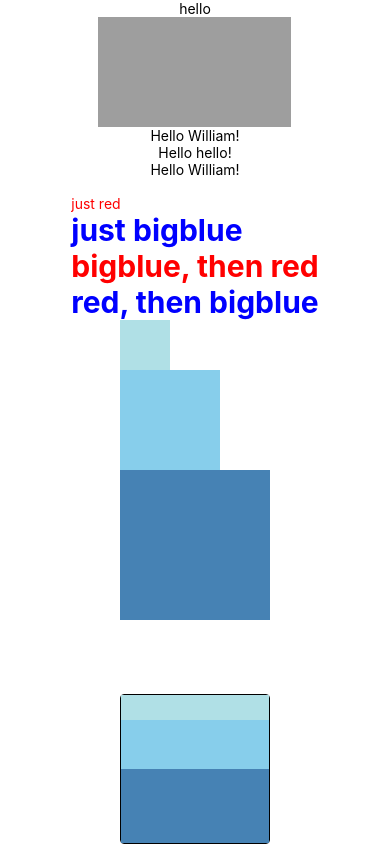
Repository: wcc17/project-adara
Screen: / (app in ProjectAdara/)
An editor plug-in stored every save of this project. The screen is shown before and after a run of saves, followed by the edit.
Pictures or frames that could not be fetched are drawn as grey boxes. The app was drawn by React Native's web renderer in a window 390 px wide. The project was rebuilt for these pictures with package versions that can differ from the ones it lists, and the page was loaded fresh each time.

Above is the screen before, as saved 2018-05-27 14:19:21.

### ProjectAdara/App.js
import React, { Component } from 'react';
import { StyleSheet, Text, ScrollView, View, Image, SafeAreaView } from 'react-native';
import FlexDimensionsBasicsComponent from './src/components/FlexDimensionsBasicsComponent'

export default class App extends React.Component {
    render() {
        return (
            <SafeAreaView style={{flex: 1, backgroundColor: '#ffff'}}>
                <ScrollView contentContainerStyle={styles.container}>
                    <BasicStuffComponent/>
                    <FlexDimensionsBasicsComponent style={flexDimensionStyleSheet.flexDimensionComponentStyle}/>
                </ScrollView>
            </SafeAreaView>
        );
    }
}

class BasicStuffComponent extends Component {
    render() {
        let image = {
            uri: 'https://upload.wikimedia.org/wikipedia/commons/d/de/Bananavarieties.jpg'
        };

        return (
            <View style={styles.container}>
                <Text>hello</Text>
                <Image source={image} style={{ width: 193, height: 110 }} />
                <DumbGreetingComponent name='William' />
                <DumbGreetingComponent name='hello' />
                <DumbGreetingComponent name='William' />
                <Blink text="this is blinking text" />
                <StyledComponent/>
                <FixedDimensionsComponent/>
            </View>
        )
    }
}

class DumbGreetingComponent extends Component {
    render() {
        return (
            <Text>Hello {this.props.name}!</Text>
        );
    }
}

class Blink extends Component {
    constructor(props) {
        super(props);
        this.state = { isShowingText: true };

        // Toggle the state every second
        setInterval(() => {
            this.setState(previousState => {
                return { isShowingText: !previousState.isShowingText };
            });
        }, 1000);
    }

    render() {
        let display = this.state.isShowingText ? this.props.text : ' ';
        return (
            <Text>{display}</Text>
        );
    }
}

class StyledComponent extends Component {
    render() {
        return (
        <View>
            <Text style={styles.red}>just red</Text>
            <Text style={styles.bigblue}>just bigblue</Text>
            <Text style={[styles.bigblue, styles.red]}>bigblue, then red</Text>
            <Text style={[styles.red, styles.bigblue]}>red, then bigblue</Text>
        </View>
        );
    }
}

class FixedDimensionsComponent extends Component {
    render() {
        return (
            <View>
                <View style={{width: 50, height: 50, backgroundColor: 'powderblue'}}/>
                <View style={{width: 100, height: 100, backgroundColor: 'skyblue'}}/>
                <View style={fixedDimensionStyleSheet.steelBlueView}/>
            </View>
        )
    }
}



const styles = StyleSheet.create({
    container: {
        flex: 1,
        backgroundColor: '#fff',
        alignItems: 'center',
        // justifyContent: 'center',
    },
    bigblue: {
        color: 'blue',
        fontWeight: 'bold',
        fontSize: 30,
    },
    red: {
        color: 'red',
    },
});

const fixedDimensionStyleSheet = StyleSheet.create({
    steelBlueView: {
        width: 150,
        height: 150,
        backgroundColor: 'steelblue'
    },
});

const flexDimensionStyleSheet = StyleSheet.create({
    flexDimensionComponentStyle: {
        width: 150,
        height: 150,

        borderRadius: 4,
        borderWidth: 1.5,
        borderColor: 'black',

        //column is default it looks like
        // flexDirection: 'row',
        // justifyContent: 'space-between',
    },
});

### ProjectAdara/src/components/FlexDimensionsBasicsComponent.js
import React, { Component } from 'react';
import { View } from 'react-native';

export default class FlexDimensionsBasicsComponent extends Component {
    render() {
        return (
            //a height and width should be passed in with style prop
            // <View style={{flex: 1}}>
            <View style={this.props.style}>
                <View style={{flex: 1, backgroundColor: 'powderblue'}} />
                <View style={{flex: 2, backgroundColor: 'skyblue'}} />
                <View style={{flex: 3, backgroundColor: 'steelblue'}} />
            </View>
        );
    }
}

### ProjectAdara/src/components/AlignItemsComponent.js
import React, { Component } from 'react';
import { View } from 'react-native';

export default class AlignItemsBasics extends Component {
    render() {
        return (
            //try alignItems: 'flex-start'
            ///justifyContent: 'flex-end'
            //flexDirection: row
            <View style={{
                flex: 1,
                flexDirection: 'column',
                justifyContent: 'center',
                alignItems: 'center',
            }}>
                <View style={{width: 50, height: 50, backgroundColor: 'powderblue'}} />
                <View style={{width: 50, height: 50, backgroundColor: 'skyblue'}} />
                <View style={{width: 50, height: 50, backgroundColor: 'steelblue'}} />
            </View>
        );
    }
}

After the next 2 saves:
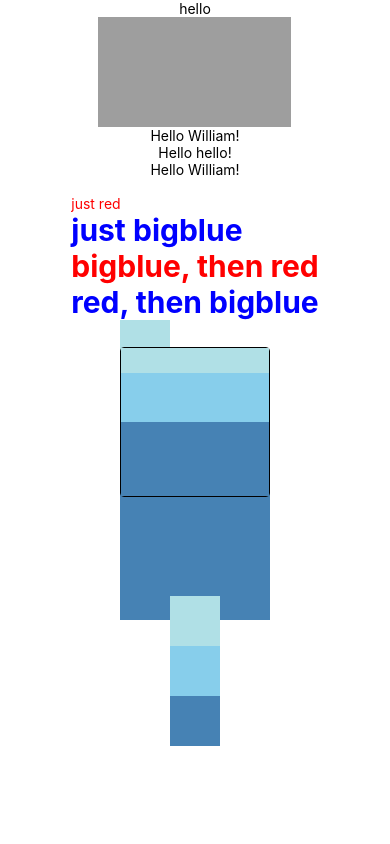
The 2 saves are shown as one change because 1 did not build or start.
The last was saved 5 min 9 s later.
--- a/ProjectAdara/App.js
+++ b/ProjectAdara/App.js
@@ -1,6 +1,7 @@
 import React, { Component } from 'react';
 import { StyleSheet, Text, ScrollView, View, Image, SafeAreaView } from 'react-native';
 import FlexDimensionsBasicsComponent from './src/components/FlexDimensionsBasicsComponent'
+import AlignItemsComponent from './src/components/AlignItemsComponent'
 
 export default class App extends React.Component {
     render() {
@@ -9,6 +10,7 @@
                 <ScrollView contentContainerStyle={styles.container}>
                     <BasicStuffComponent/>
                     <FlexDimensionsBasicsComponent style={flexDimensionStyleSheet.flexDimensionComponentStyle}/>
+                    <AlignItemsComponent/>
                 </ScrollView>
             </SafeAreaView>
         );

After the save that followed:
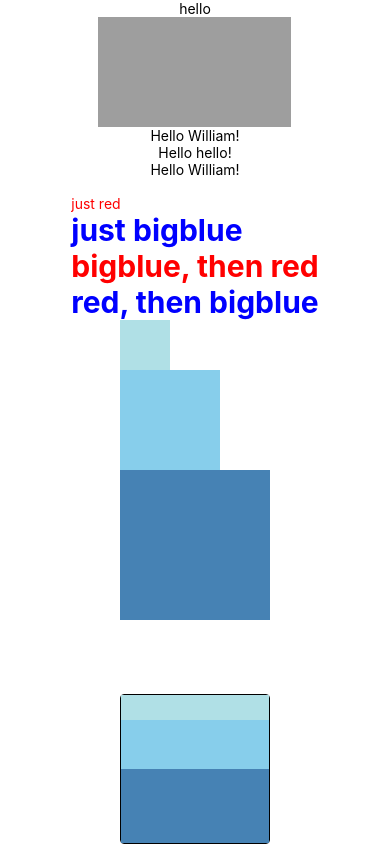
Saved 13 s later.
--- a/ProjectAdara/App.js
+++ b/ProjectAdara/App.js
@@ -10,7 +10,7 @@
                 <ScrollView contentContainerStyle={styles.container}>
                     <BasicStuffComponent/>
                     <FlexDimensionsBasicsComponent style={flexDimensionStyleSheet.flexDimensionComponentStyle}/>
-                    <AlignItemsComponent/>
+                    {/* <AlignItemsComponent/> */}
                 </ScrollView>
             </SafeAreaView>
         );
